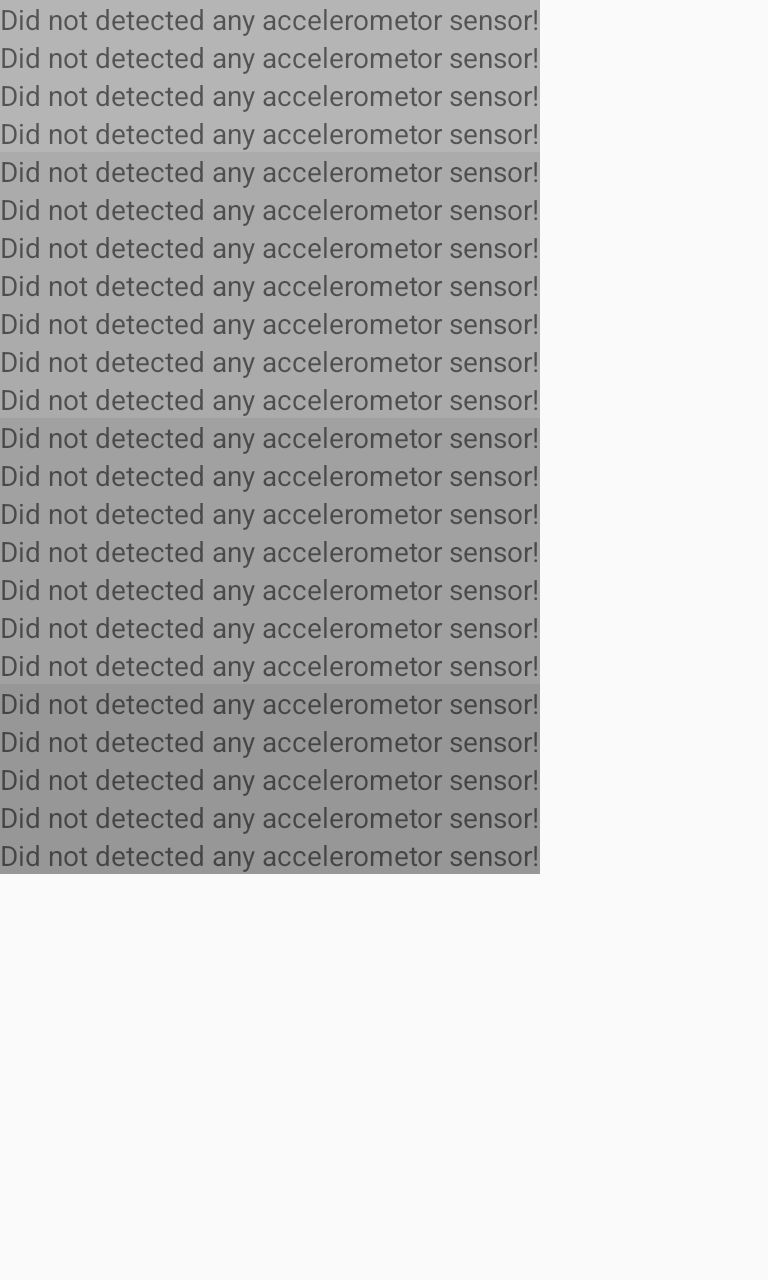
Repository: deyan-yosifov/Android
Layout: Workspace/BouncingBallGame/res/layout/activity_accelerometer_monitor.xml
The author's editor kept a copy of each file at every save. The layout is drawn from the files as they stood at one save, then again after the next save.
It is drawn on a 768 x 1280 px phone screen (xhdpi) without system bars, with theme AppTheme; the app's code is not run.

Above is the layout before, as saved 2015-01-04 09:12:52.

After the next save:
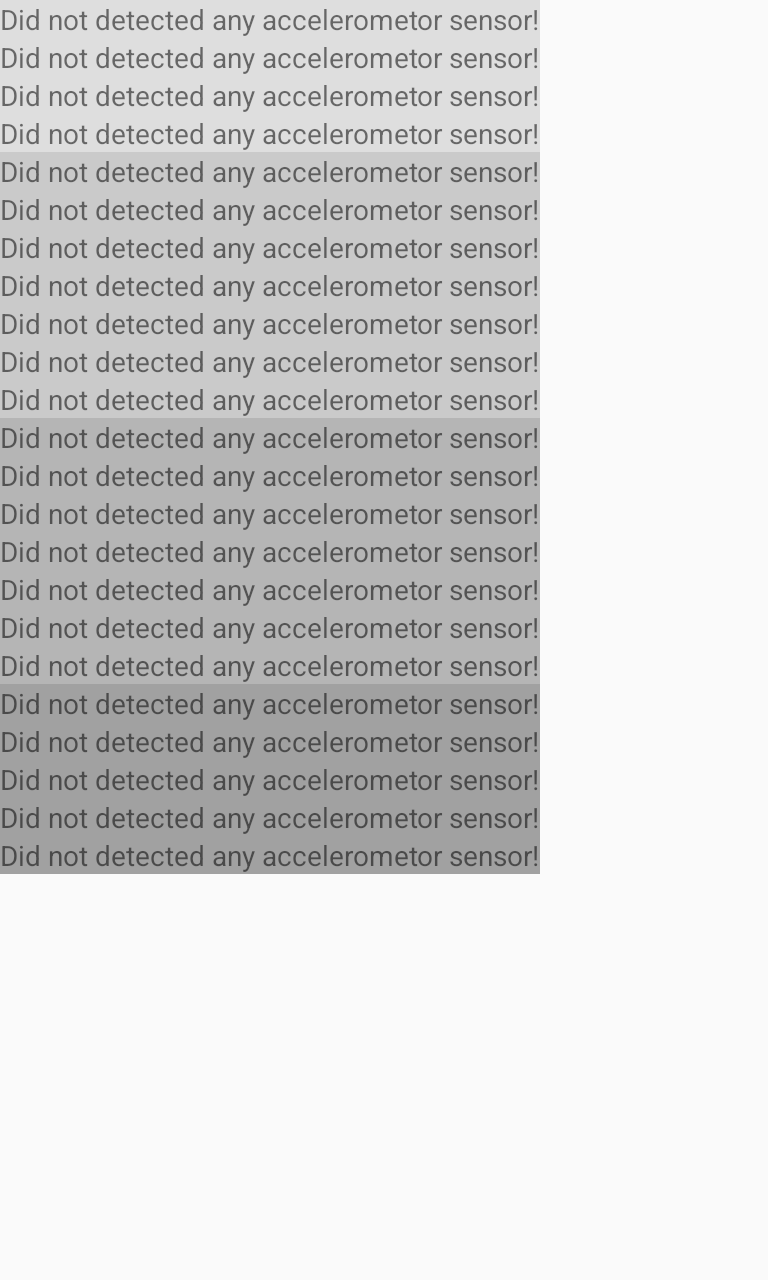
Saved 55 s later.
--- a/Workspace/BouncingBallGame/res/layout/activity_accelerometer_monitor.xml
+++ b/Workspace/BouncingBallGame/res/layout/activity_accelerometer_monitor.xml
@@ -10,7 +10,7 @@
         android:layout_height="wrap_content"
         android:orientation="vertical"
         android:id="@+id/acceleromatorValues"
-        android:background="#99888888"
+        android:background="#99cccccc"
 	    >
 	    <TextView
 	        android:layout_width="wrap_content"
@@ -42,7 +42,7 @@
         android:layout_height="wrap_content"
         android:orientation="vertical"
         android:id="@+id/linearAccelerationValues"
-        android:background="#99777777"
+        android:background="#99aaaaaa"
 	    >
 		<TextView
 	        android:layout_width="wrap_content"
@@ -92,7 +92,7 @@
         android:layout_height="wrap_content"
         android:orientation="vertical"
         android:id="@+id/gravityValues"
-        android:background="#99666666"
+        android:background="#99888888"
 	    >
 		<TextView
 	        android:layout_width="wrap_content"
@@ -142,7 +142,7 @@
         android:layout_height="wrap_content"
         android:orientation="vertical"
         android:id="@+id/timeValues"
-        android:background="#99555555"
+        android:background="#99666666"
 	    >
 	    <TextView
 	        android:layout_width="wrap_content"
